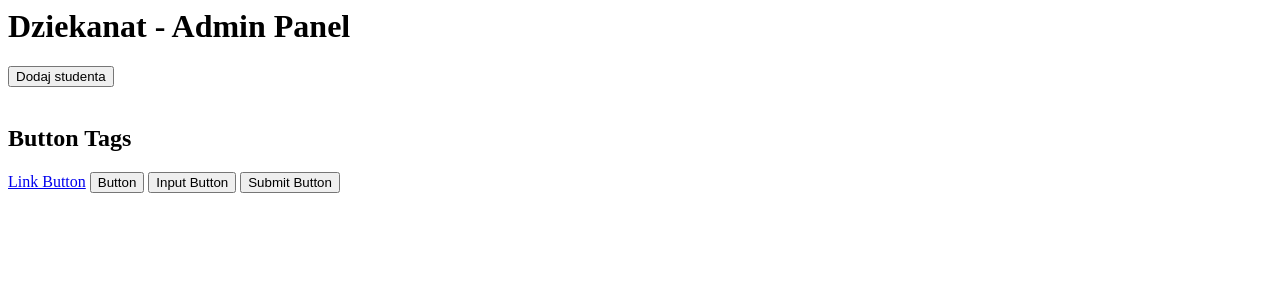
Repository: wojciechDrozd/php
Page: http://localhost/adminMenuBar.php
The author's editor kept a copy of each file at every save. The page is drawn from the files as they stood at one save, then again after the next save.
The browser window is 1280 px wide. The pictures show the whole page.
The page is run by PHP 8.4 with error messages shown; the project is at /var/www/html/.

Above is the page before, as saved 2017-04-12 19:22:53.

### 1/CRUDexample/adminMenuBar.php
<div class="container">
	<div class="row">
		<div class="col-md-12">
			<h1>Dziekanat - Admin Panel</h1>
		</div>
	</div>
	<div class="row">

		<div class="col-md-12">
			<div class="pull-right">
				<button class="btn btn-success" data-toggle="modal"
					data-target="#add_new_record_modal">Dodaj studenta</button>
			</div>
		</div>
	</div>
	<div class="row">
		<div class="col-md-12">
			<br />
			<div class="records_content"></div>
		</div>
	</div>
</div>

<div class="container">
  <h2>Button Tags</h2>
  <a href="#" class="btn btn-info" role="button">Link Button</a>
  <button type="button" class="btn btn-info">Button</button>
  <input type="button" class="btn btn-info" value="Input Button">
  <input type="submit" class="btn btn-info" value="Submit Button">
</div>

After the next save:
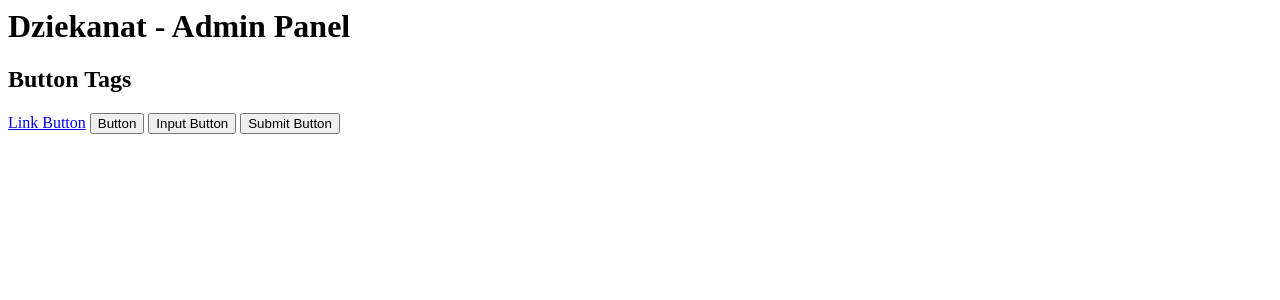
Saved 64 s later.
--- a/1/CRUDexample/adminMenuBar.php
+++ b/1/CRUDexample/adminMenuBar.php
@@ -6,25 +6,14 @@
 	</div>
 	<div class="row">
 
-		<div class="col-md-12">
-			<div class="pull-right">
-				<button class="btn btn-success" data-toggle="modal"
-					data-target="#add_new_record_modal">Dodaj studenta</button>
-			</div>
+		<div class="container">
+			<h2>Button Tags</h2>
+			<a href="studentsTable.php" class="btn btn-info" role="button">Link Button</a>
+			<button type="button" class="btn btn-info">Button</button>
+			<input type="button" class="btn btn-info" value="Input Button"> <input
+				type="submit" class="btn btn-info" value="Submit Button">
 		</div>
+
 	</div>
-	<div class="row">
-		<div class="col-md-12">
-			<br />
-			<div class="records_content"></div>
-		</div>
-	</div>
+
 </div>
-
-<div class="container">
-  <h2>Button Tags</h2>
-  <a href="#" class="btn btn-info" role="button">Link Button</a>
-  <button type="button" class="btn btn-info">Button</button>
-  <input type="button" class="btn btn-info" value="Input Button">
-  <input type="submit" class="btn btn-info" value="Submit Button">
-</div>
